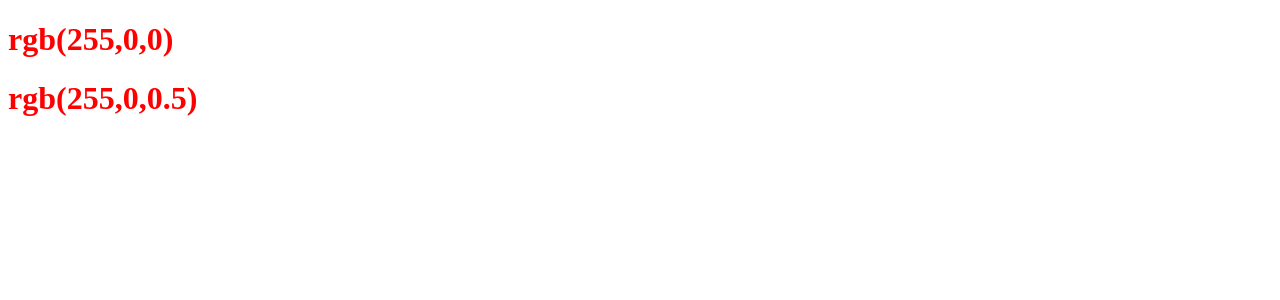
Repository: JeongminHW/Web_study
Page: HTML/myHTML/src/main/webapp/ch06/font-color.html
The author's editor kept a copy of each file at every save. The page is drawn from the files as they stood at one save, then again after the next save.
The browser window is 1280 px wide. The pictures show the whole page.

Above is the page before, as saved 2024-07-10 02:39:37.

After the next save:
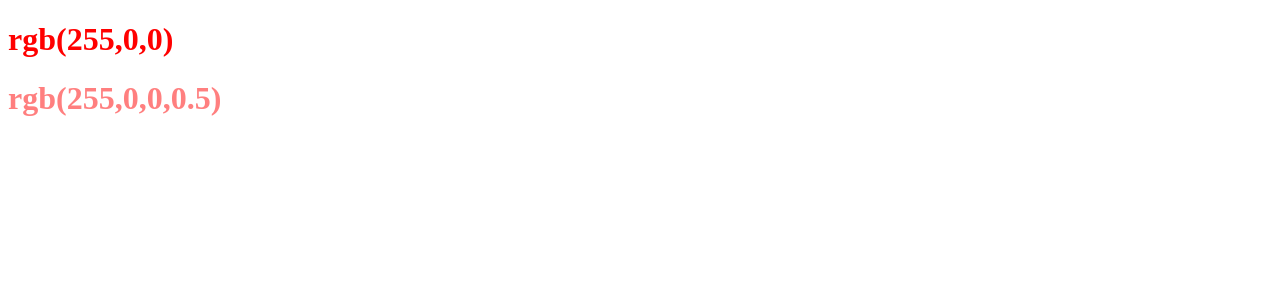
Saved 14 s later.
--- a/HTML/myHTML/src/main/webapp/ch06/font-color.html
+++ b/HTML/myHTML/src/main/webapp/ch06/font-color.html
@@ -6,7 +6,7 @@
 </head>
 <body>
 	<h1 style="color: rgb(255,0,0);">rgb(255,0,0)</h1>
-	<h1 style="color: rgb(255,0,0.5)">rgb(255,0,0.5)</h1>
+	<h1 style="color: rgb(255,0,0,0.5)">rgb(255,0,0,0.5)</h1>
 	<h1 style="color: "></h1>
 	<h1 style="color: "></h1>
 	<h1 style="color: "></h1>
